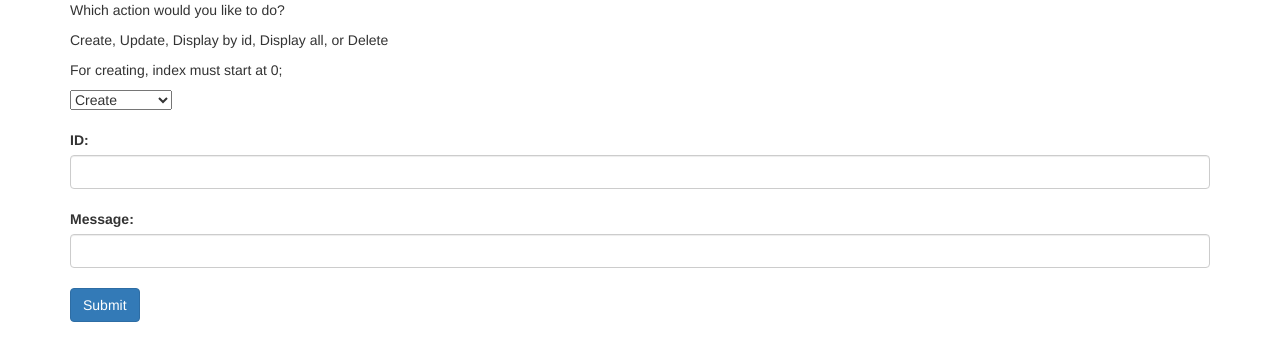
Repository: kddean/Lab3
Page: ToDoSystem-SinglePage/WebContent/ToDo.html
The author's editor kept a copy of each file at every save. The page is drawn from the files as they stood at one save, then again after the next save.
The browser window is 1280 px wide. The pictures show the whole page.

Above is the page before, as saved 2016-03-25 23:45:12.
Console error: SyntaxError: Unexpected token 'var'

After the next save:
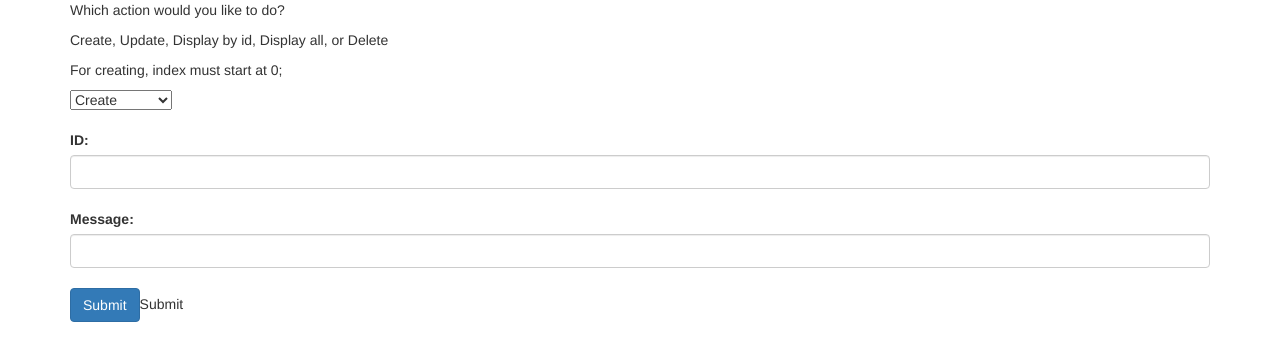
Saved 39 s later.
--- a/ToDoSystem-SinglePage/WebContent/ToDo.html
+++ b/ToDoSystem-SinglePage/WebContent/ToDo.html
@@ -28,7 +28,7 @@
 	<br>
 	<label>Message:</label><input type="text" class="form-control" name="message">
 	<br>
-	<button type="submit" value="Submit" onclick='loadDoc("ToDo")' class="btn btn-primary">Submit</button>
+	<input type="button" value="Submit" onclick='loadDoc("ToDo")' class="btn btn-primary">Submit</button>
 <!-- 	<input type="button" value="submit" onclick='loadDoc("ToDo")'/> -->
 	</div>
 </form>
